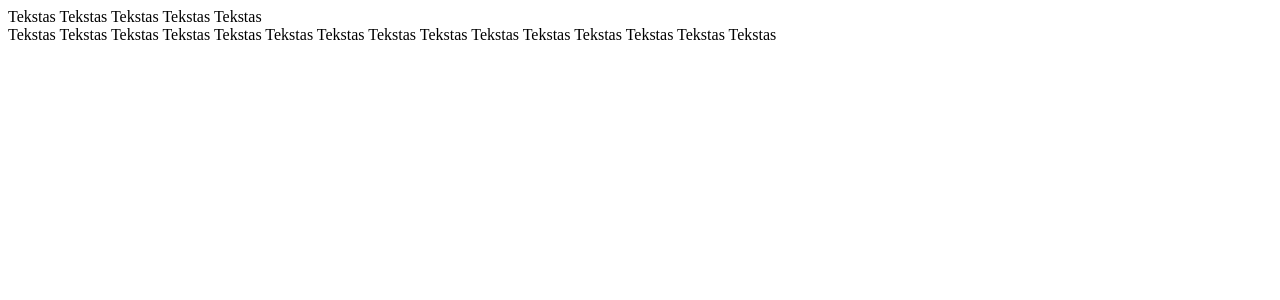
Repository: motiejus1/01-paskait
Page: pirmas.html
The author's editor kept a copy of each file at every save. The page is drawn from the files as they stood at one save, then again after a run of saves.
The browser window is 1280 px wide. The pictures show the whole page.

Above is the page before, as saved 2021-05-31 19:26:20.

After the next 2 saves:
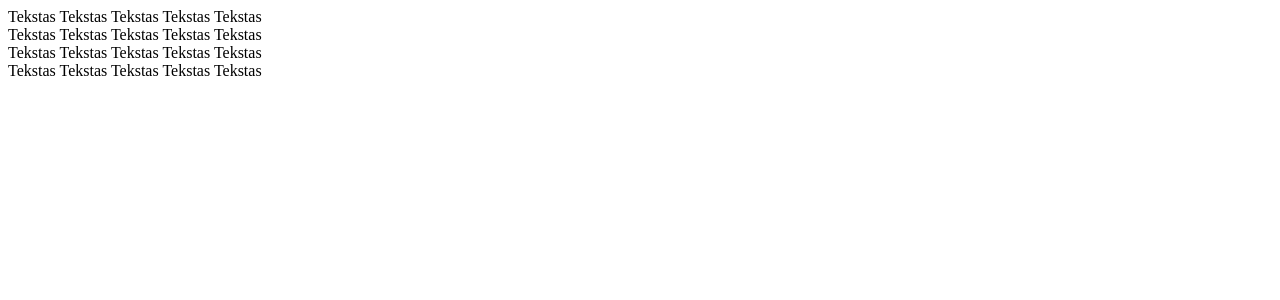
The 2 saves are shown as one change because they came seconds apart.
The last was saved 11 s later.
--- a/pirmas.html
+++ b/pirmas.html
@@ -11,9 +11,9 @@
     <body>
 
         Tekstas Tekstas Tekstas Tekstas Tekstas<br>
-        Tekstas Tekstas Tekstas Tekstas Tekstas
-        Tekstas Tekstas Tekstas Tekstas Tekstas
-        Tekstas Tekstas Tekstas Tekstas Tekstas
+        Tekstas Tekstas Tekstas Tekstas Tekstas<br>
+        Tekstas Tekstas Tekstas Tekstas Tekstas<br>
+        Tekstas Tekstas Tekstas Tekstas Tekstas<br>
 
     </body>
 
